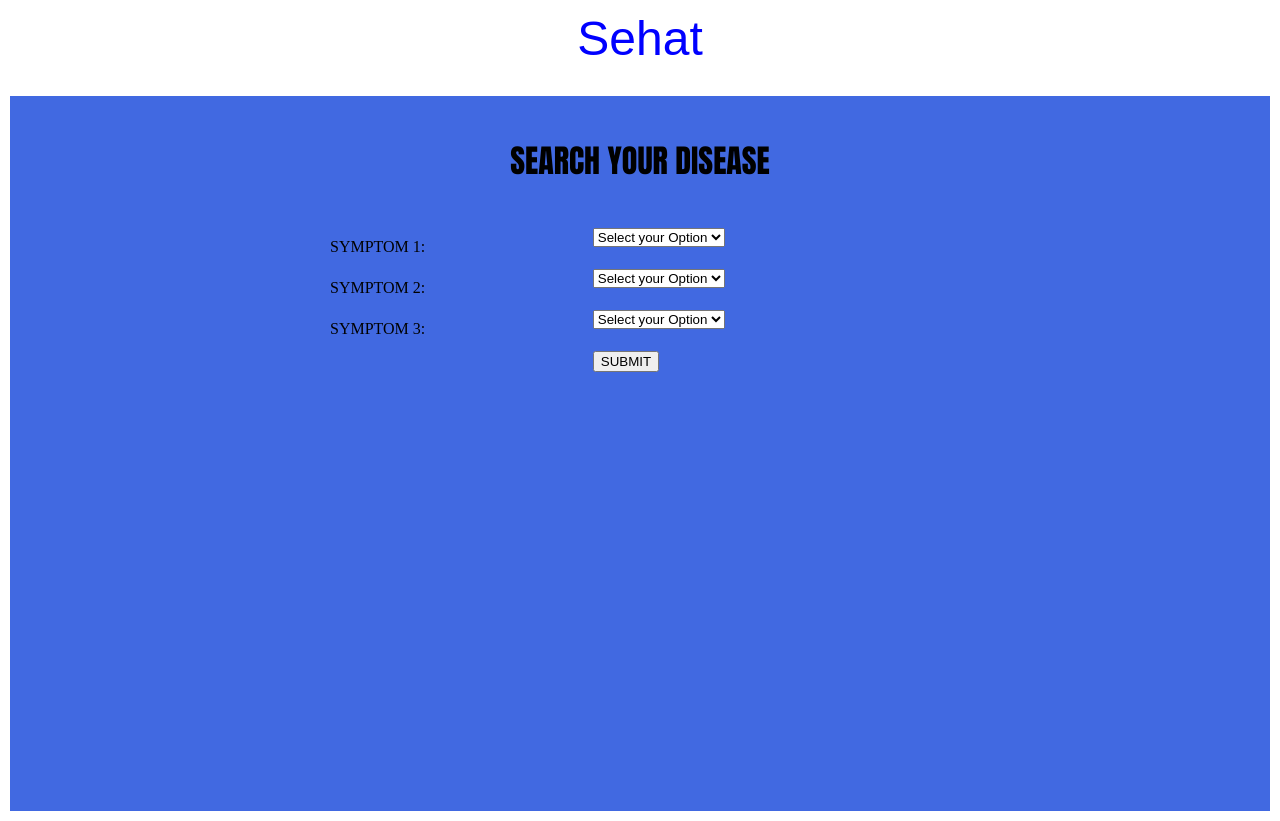
Repository: BoggarapuSusmita/Health-Care
Page: http://localhost/health-care/WEB-INF/patient/search.jsp
An editor plug-in stored every save of this project. The page is shown before and after the next save, followed by the edit.
The browser window is 1280 px wide. The pictures show the whole page.
The page is served by Tomcat 9. Nobody is signed in. The template is opened directly, without the code that normally fills it, so the values that code supplies are empty.

Above is the page before, as saved 2017-11-10 04:41:09.

After the next save:
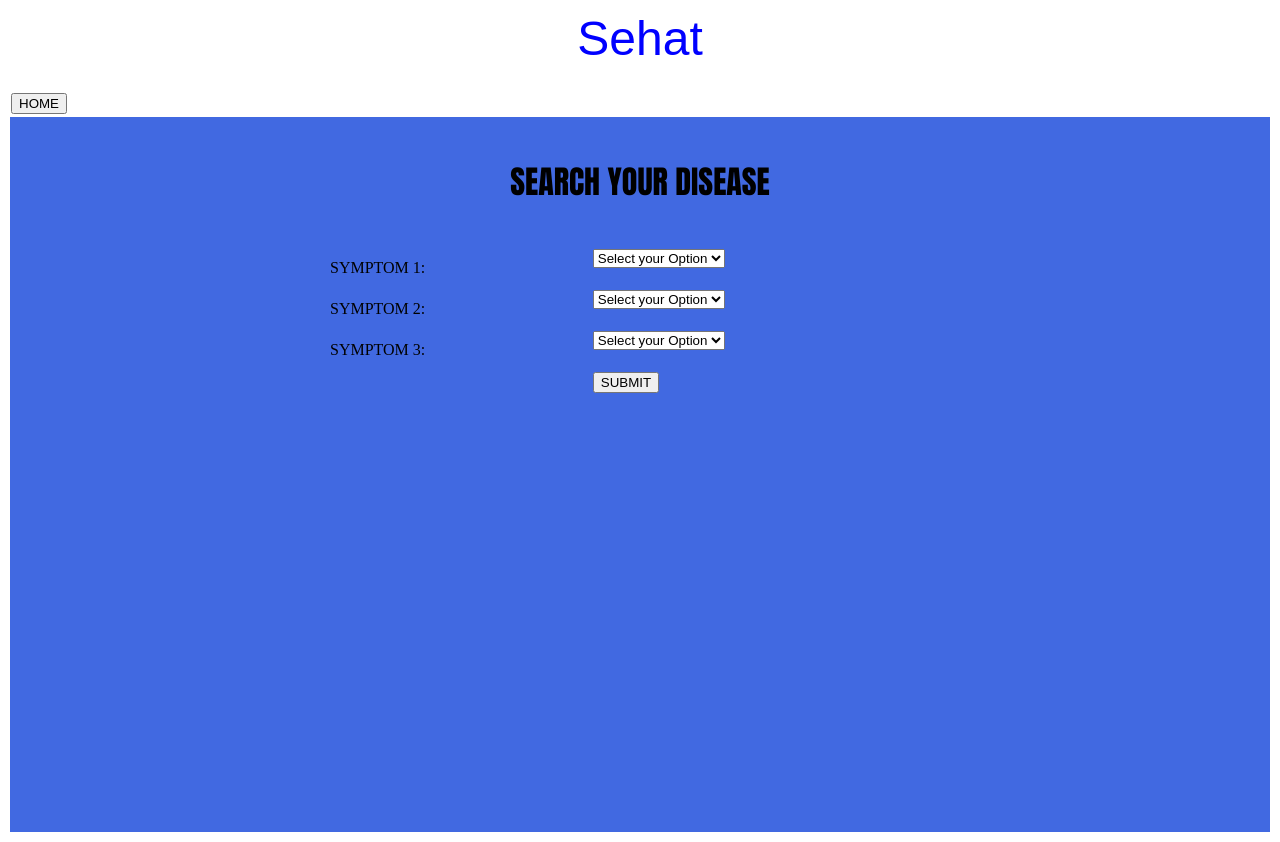
Saved 55 s later.
--- a/health-care/src/main/webapp/WEB-INF/patient/search.jsp
+++ b/health-care/src/main/webapp/WEB-INF/patient/search.jsp
@@ -11,6 +11,9 @@
            <td bgcolor="white">
            <center> <font face="Arial" size="9" color="blue">Sehat</font></center>
            <marquee><font face="Jokerman" size="5" color="green">Jaan hai toh jahan hai</font></marquee>
+           <form action="h">
+	<input type="submit" value="HOME">
+</form>
            </td>
         </tr>
          <tr>
